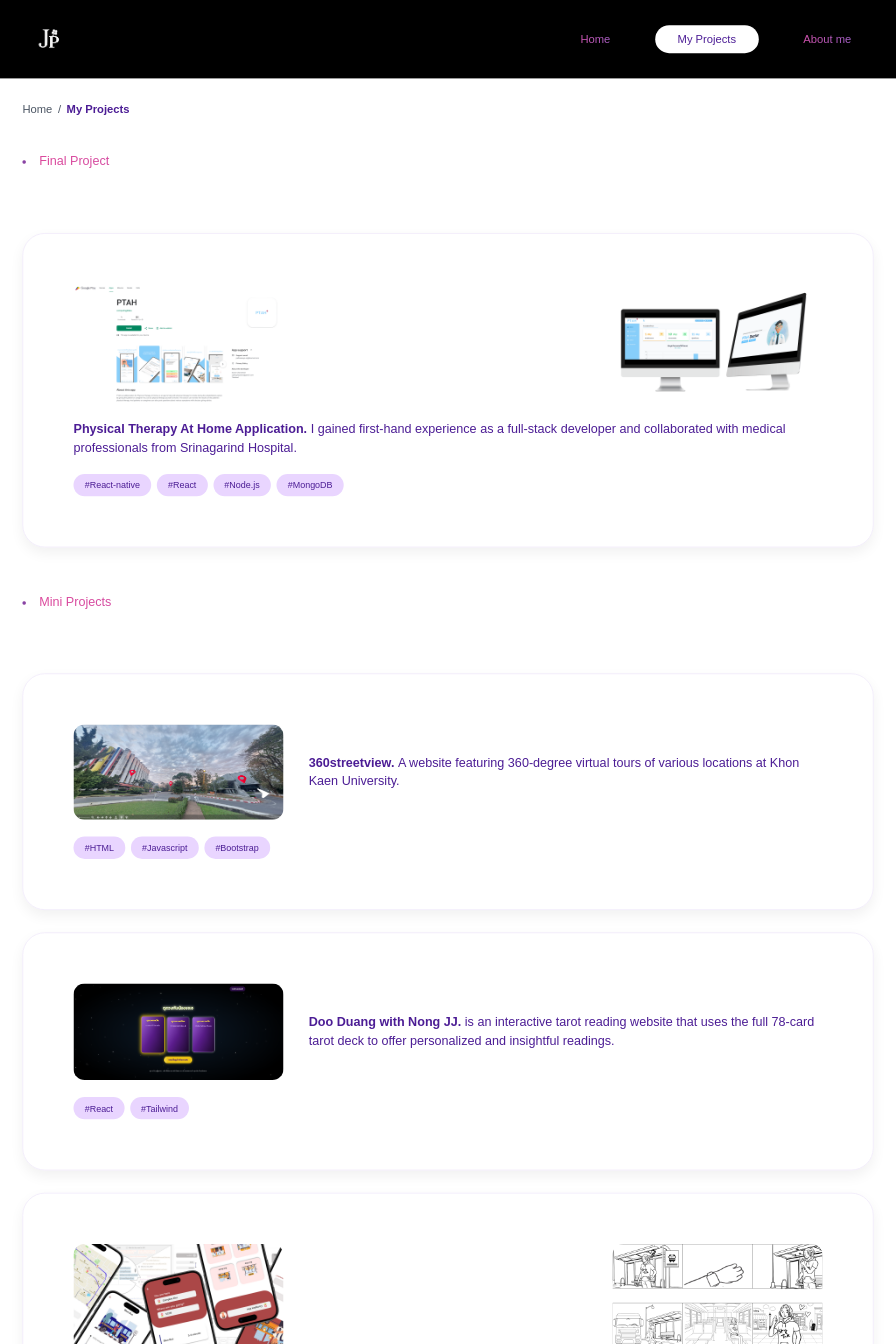
Repository: PattarasayaJJ/Portfolio-jjpatts
Page: /works
These files come from the project's save history. The page is drawn as it stood at one moment and after the next save; the edit follows.
The browser window is 1280 px wide. The pictures show the part of the page from y = 0 to 1920 px (the page is 3620 px tall before and 4365 px after), at 70% of full size.
The project was rebuilt for these pictures with package versions that can differ from the ones it lists, and the page was loaded fresh each time. Also part of the build but not shown: vite.config.js, vite.config.ts, src/header.css, src/components/Hero.jsx, src/components/Aboutme.tsx.

Above is the page before, as saved 2025-08-01 00:11:42.

After the next save:
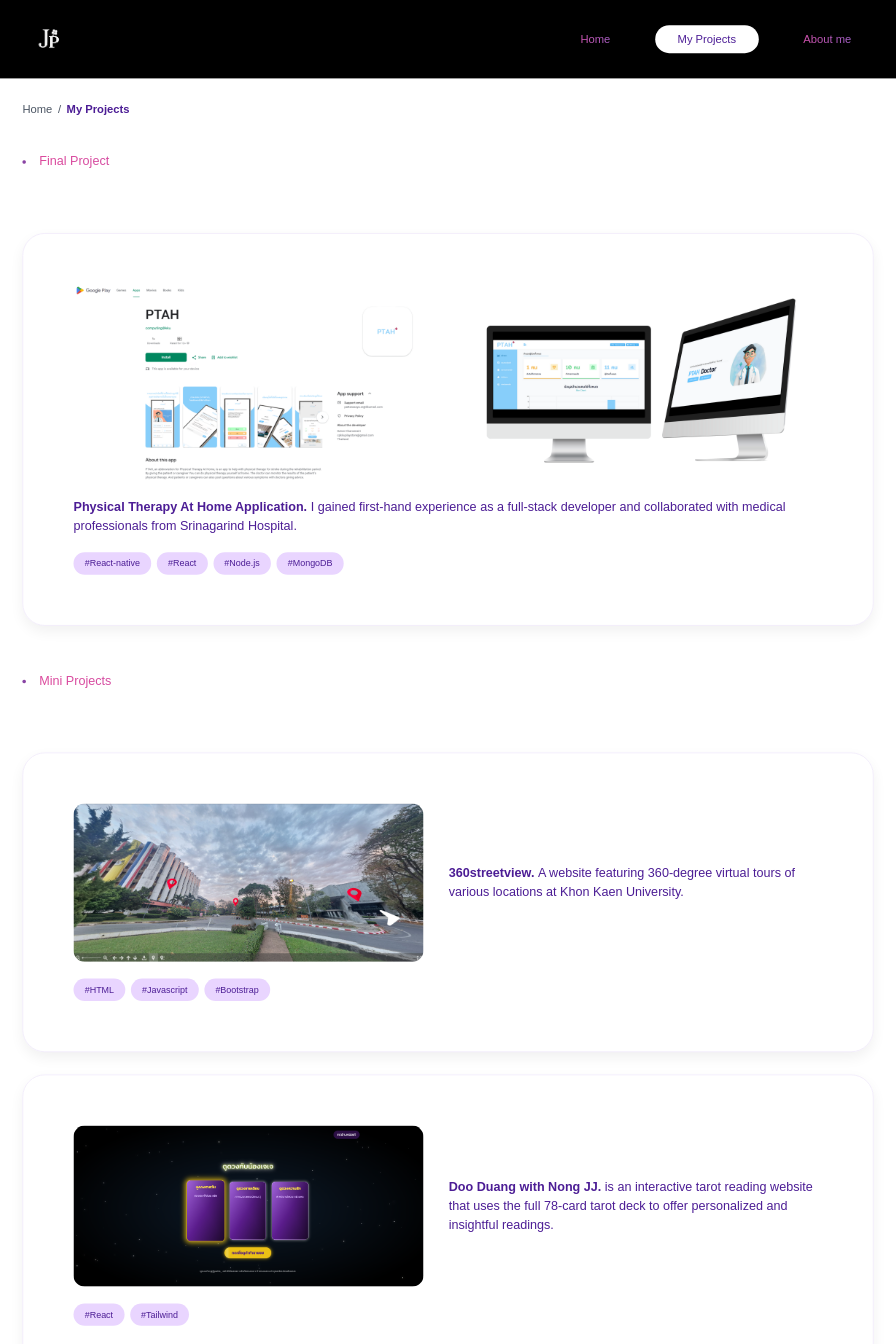
Saved 4 s later.
--- a/src/projects.css
+++ b/src/projects.css
@@ -63,7 +63,7 @@
 .final-project-image {
   flex-shrink: 0;
   width: 500px; /* หรือเท่าที่เหมาะสม */
-  max-width: 300px;
+  max-width: 500px;
 }
 
 .project-screenshot {
